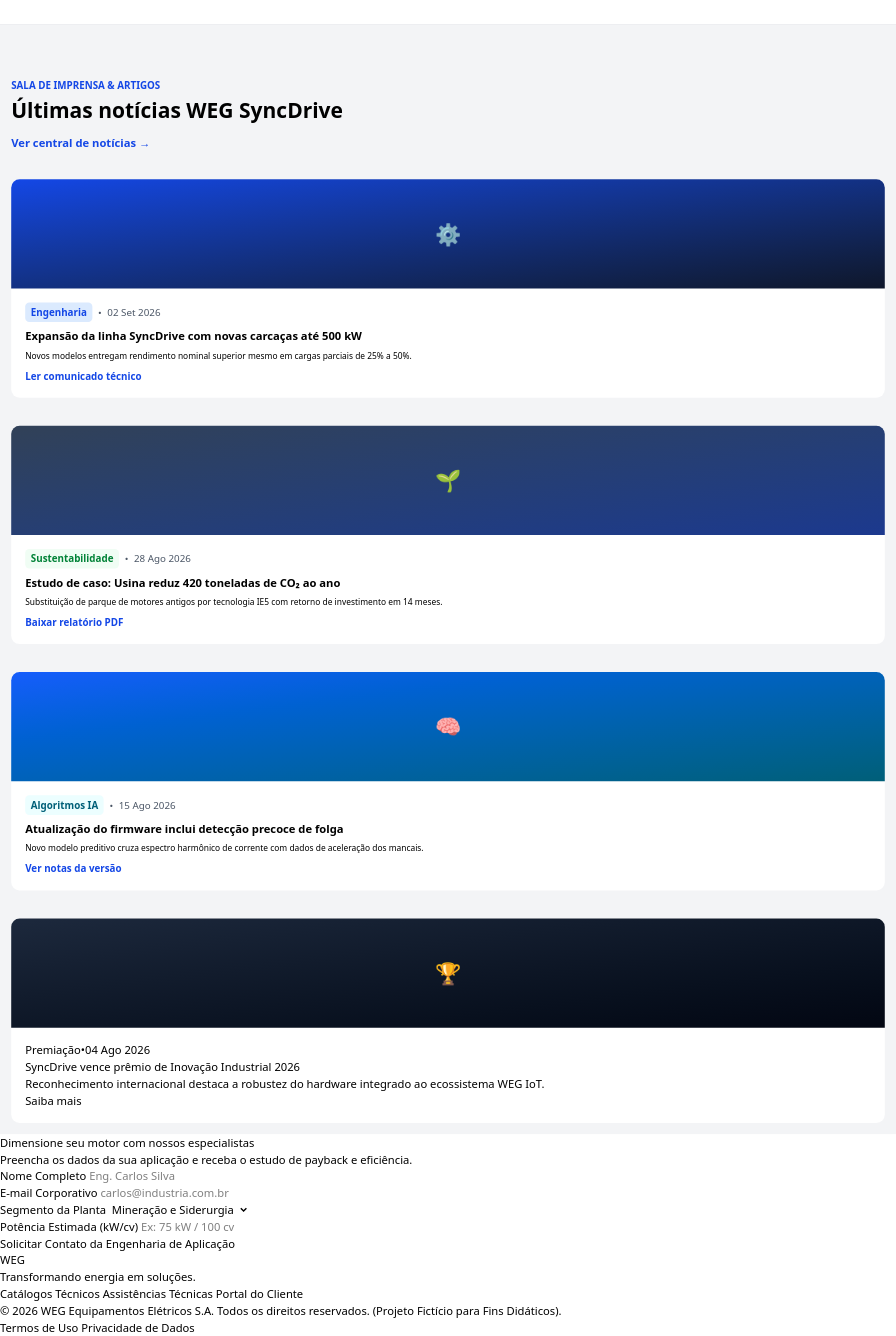
Repository: camilewng/Exercicio-Tailwind
Page: index.html
These files come from the project's save history. The page is drawn as it stood at one moment and after the next save; the edit follows.
The browser window is 1280 px wide. The pictures show the part of the page from y = 2833 to 4753 px (the page is 4741 px tall before and 4753 px after), at 70% of full size.

Above is the page before, as saved 2026-09-14 15:46:47.

After the next save:
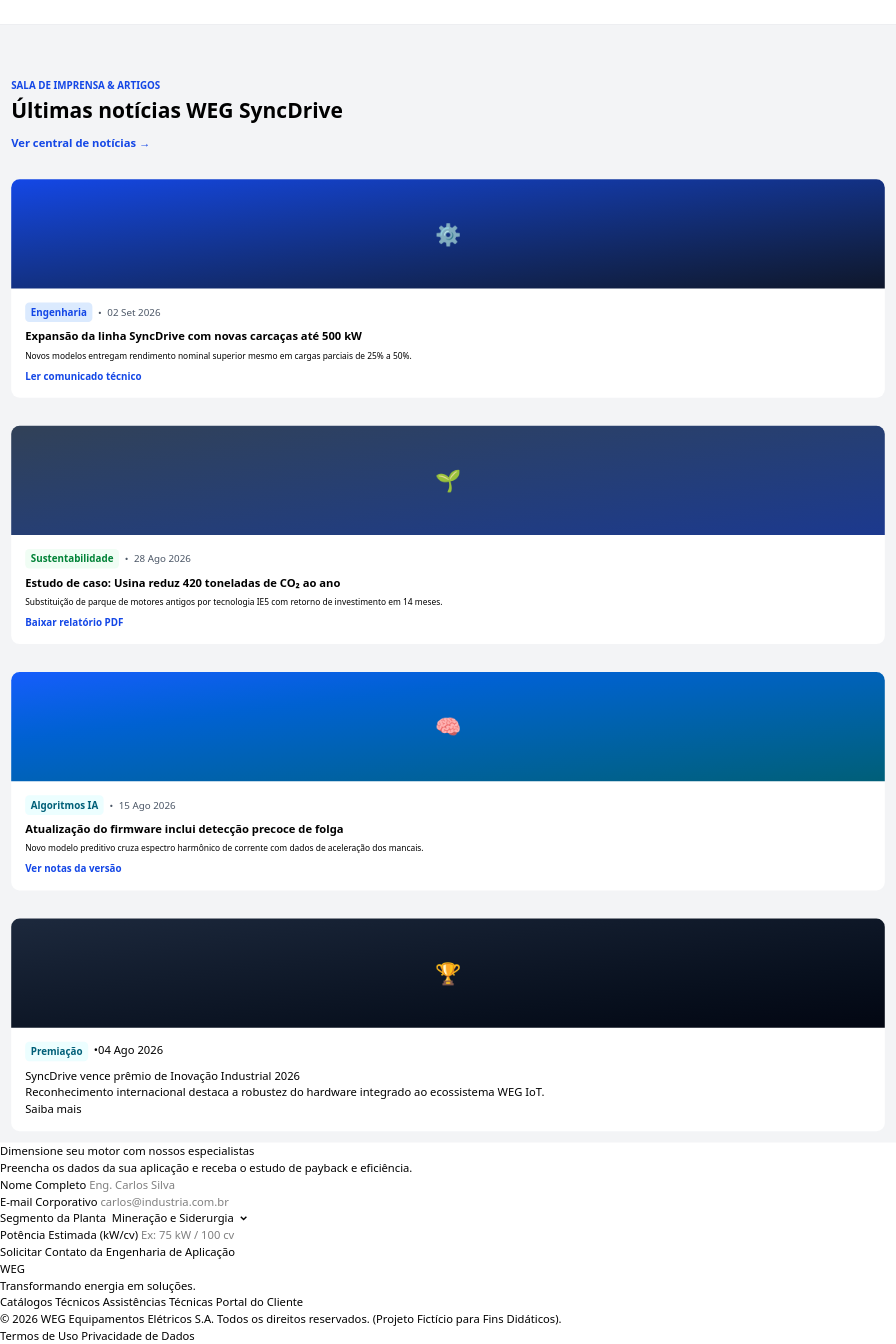
Saved 9 s later.
--- a/index.html
+++ b/index.html
@@ -299,7 +299,7 @@
             <div class="text-3xl py-15 text-center bg-gradient-to-br from-slate-800 to-gray-950 rounded-t-xl ">🏆</div>
             <div class="px-5 py-5">
               <div class="flex">
-                <span>Premiação</span>
+                <span class="bg-cyan-50 py-1 px-2 rounded-md text-cyan-800 font-semibold text-sm mb-2 mr-2">Premiação</span>
                 <span>•</span>
                 <time>04 Ago 2026</time>
               </div>
